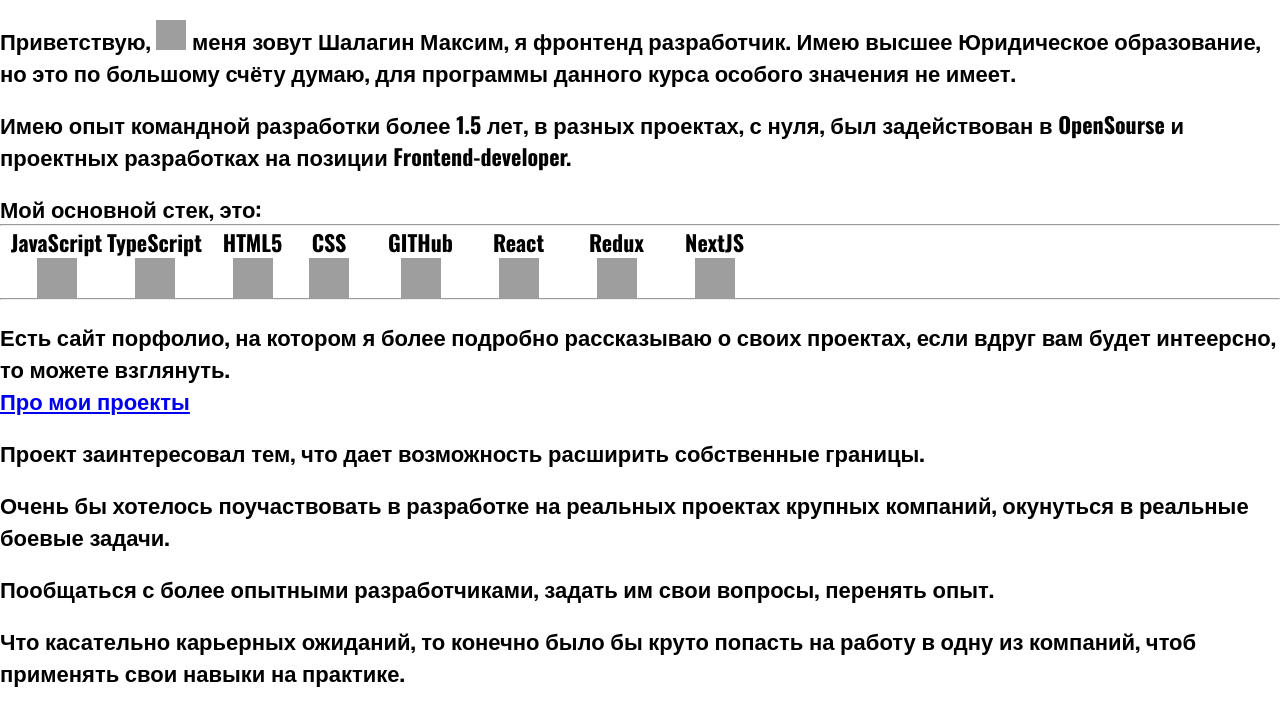
Repository: ni4egonepridumal/letter
Page: index.html
An editor plug-in stored every save of this project. The page is shown before and after the next save, followed by the edit.
The browser window is 1280 px wide. The pictures show the whole page.
Pictures or frames that could not be fetched are drawn as grey boxes.

Above is the page before, as saved 2024-01-18 17:39:54.

After the next save:
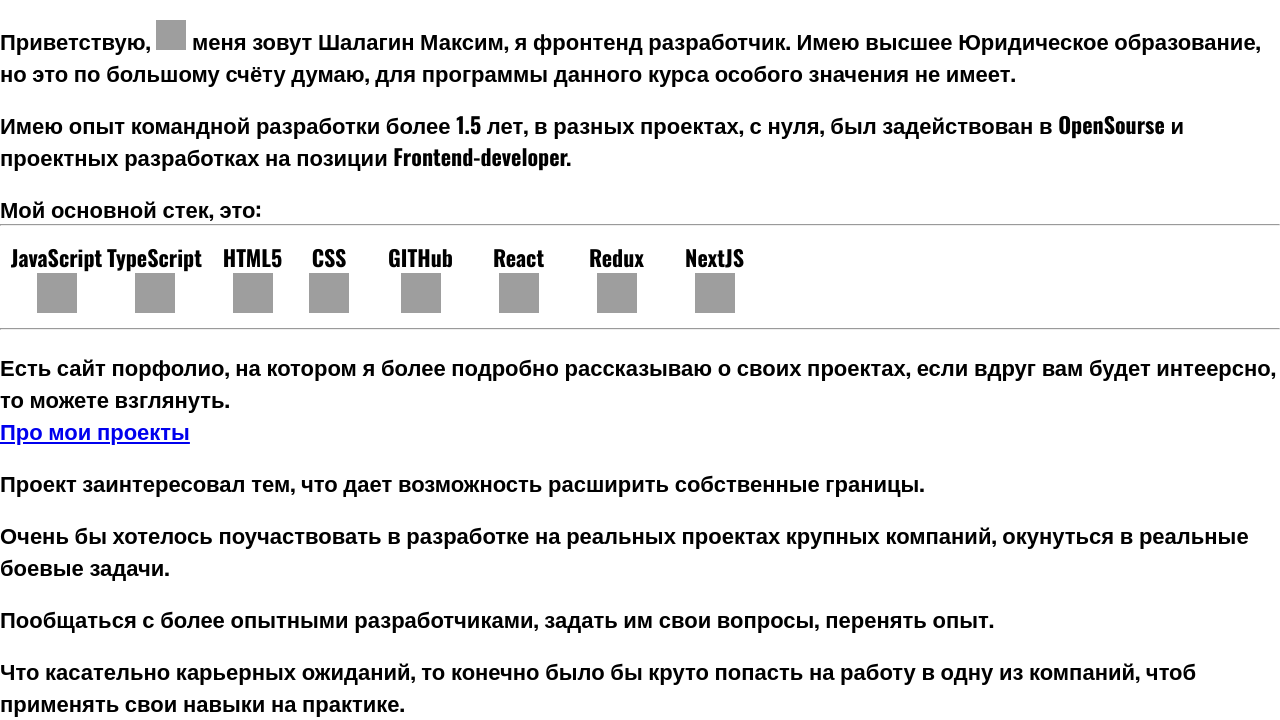
Saved 47 s later.
--- a/style.css
+++ b/style.css
@@ -19,6 +19,7 @@ p {
 .myScills {
   display: flex;
   flex-wrap: wrap;
+  margin: 15px 0;
 }
 .img {
   width: 83px;
